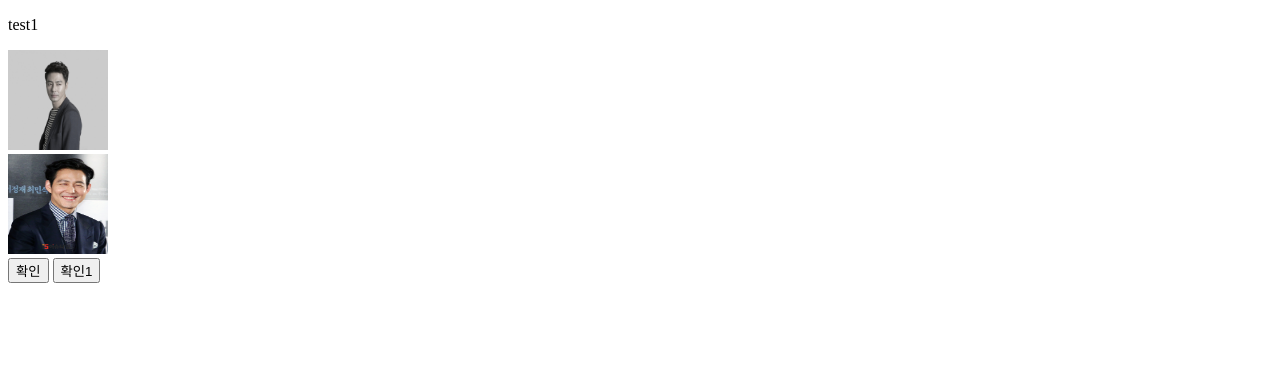
Repository: IreneCho/sk
Page: jqueryTest/WebContent/day13/m.html
These files come from the project's save history. The page is drawn as it stood at one moment and after the next save; the edit follows.
The browser window is 1280 px wide. The pictures show the whole page.
Some web libraries are served in a nearby version.

Above is the page before, as saved 2016-08-16 01:24:46.

After the next save:
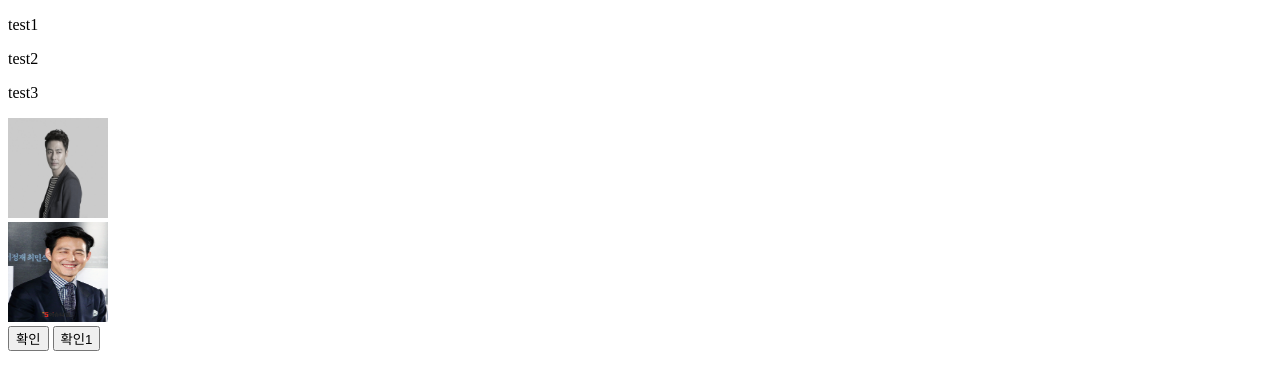
Saved 59 s later.
--- a/jqueryTest/WebContent/day13/m.html
+++ b/jqueryTest/WebContent/day13/m.html
@@ -7,6 +7,8 @@
 <body>
 	<div id="mydiv">
 		<p id="myp">test1</p>
+		<p>test2</p>
+		<p>test3</p>
 		<img src="image/img2.jpg" width="100" height="100"><br>
 		<img src="image/img3.jpg" width="100" height="100"><br>
 	</div>
